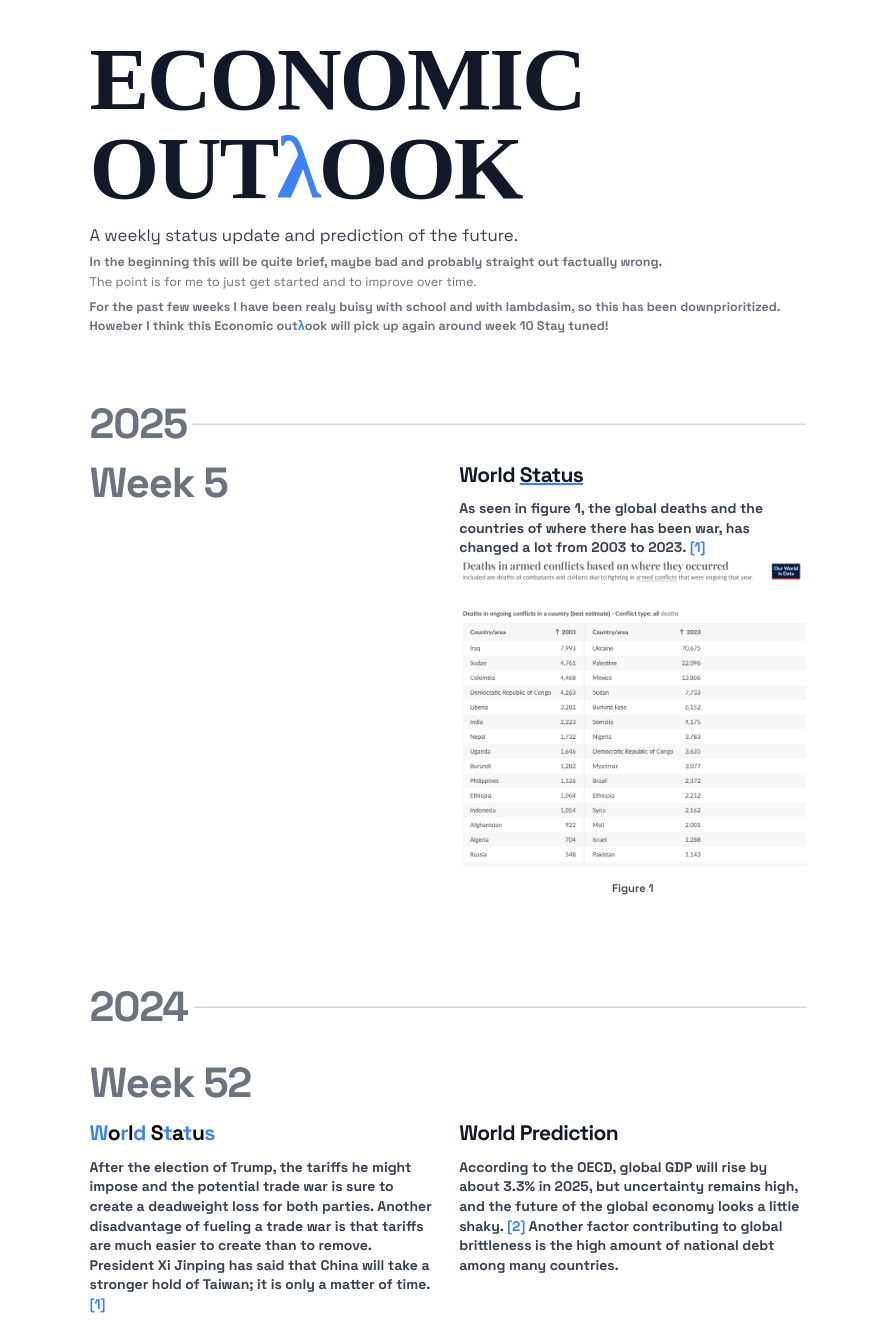
Repository: Larshalvorhansen/personalWebsite
Page: content/economicOutlook.html
An editor plug-in stored every save of this project. The page is shown before and after the next save, followed by the edit.
The browser window is 1280 px wide. The pictures show the part of the page from y = 0 to 1920 px (the page is 3337 px tall), at 70% of full size.
A picture or video elsewhere on the page could not be fetched, so the positions and the page height are approximate. Some web fonts or font styles are not loaded; a fallback is used. Some web libraries are served in a nearby version.

Above is the page before, as saved 2025-02-06 15:59:39.

After the next save:
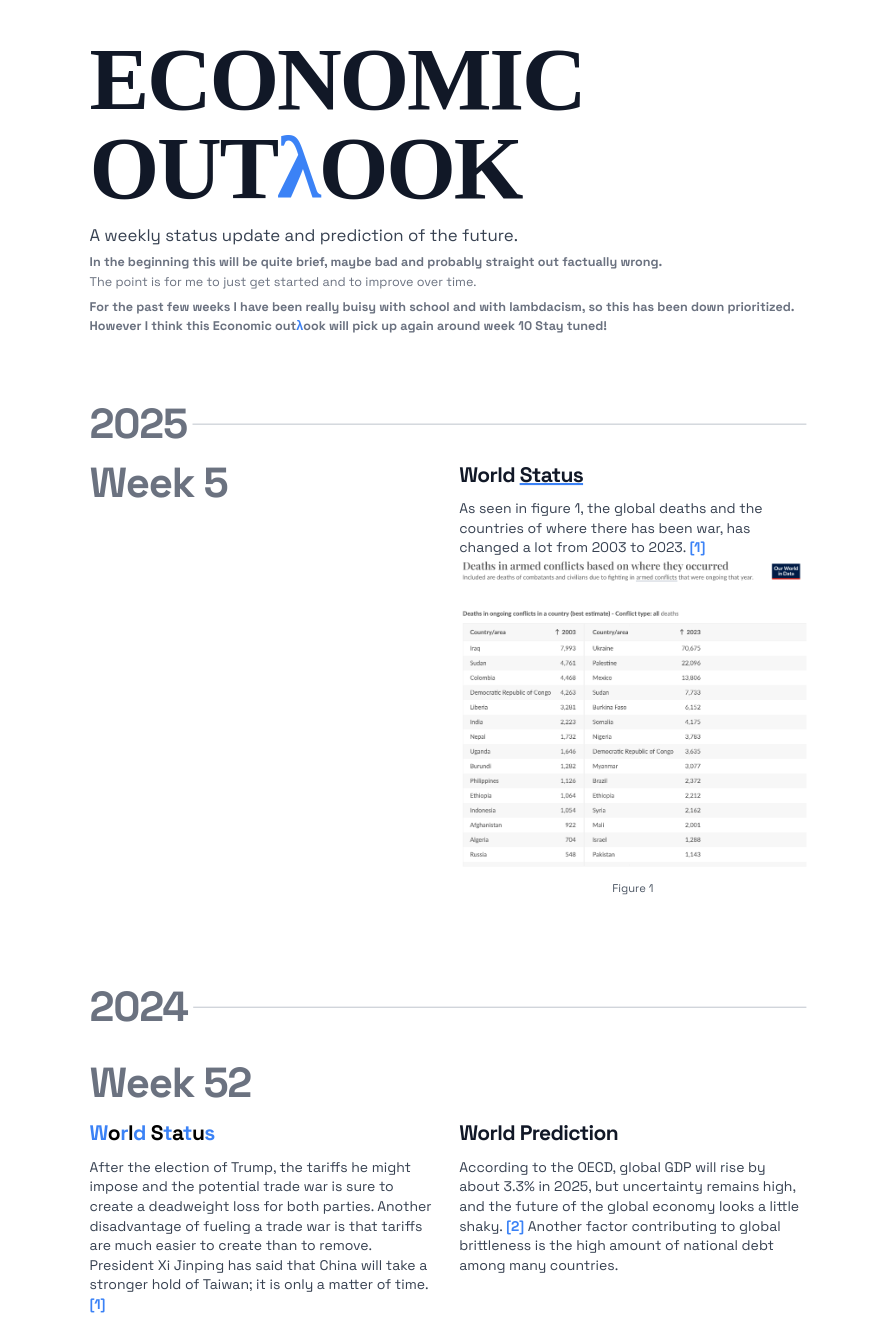
Saved 71 min 26 s later.
--- a/content/economicOutlook.html
+++ b/content/economicOutlook.html
@@ -111,10 +111,8 @@
             The point is for me to just get started and to improve over time.
         </p>
         <p class="text- md:text-lg text-gray-500 mt-2">
-            <b>For the past few weeks I have been realy buisy with school and with lambdasim, so this has been
-                downprioritized.
-                Howeber I think this Economic out<span class="text-blue-500 lowercase">λ</span>ook will pick up again
-                around week 10 Stay tuned!
+            <b>For the past few weeks I have been really buisy with school and with lambdacism, so this has been down prioritized. However I think this Economic out<span class="text-blue-500 lowercase">λ</span>ook will pick up again
+                around week 10 Stay tuned!</b>
         </p>
 
     </header>
